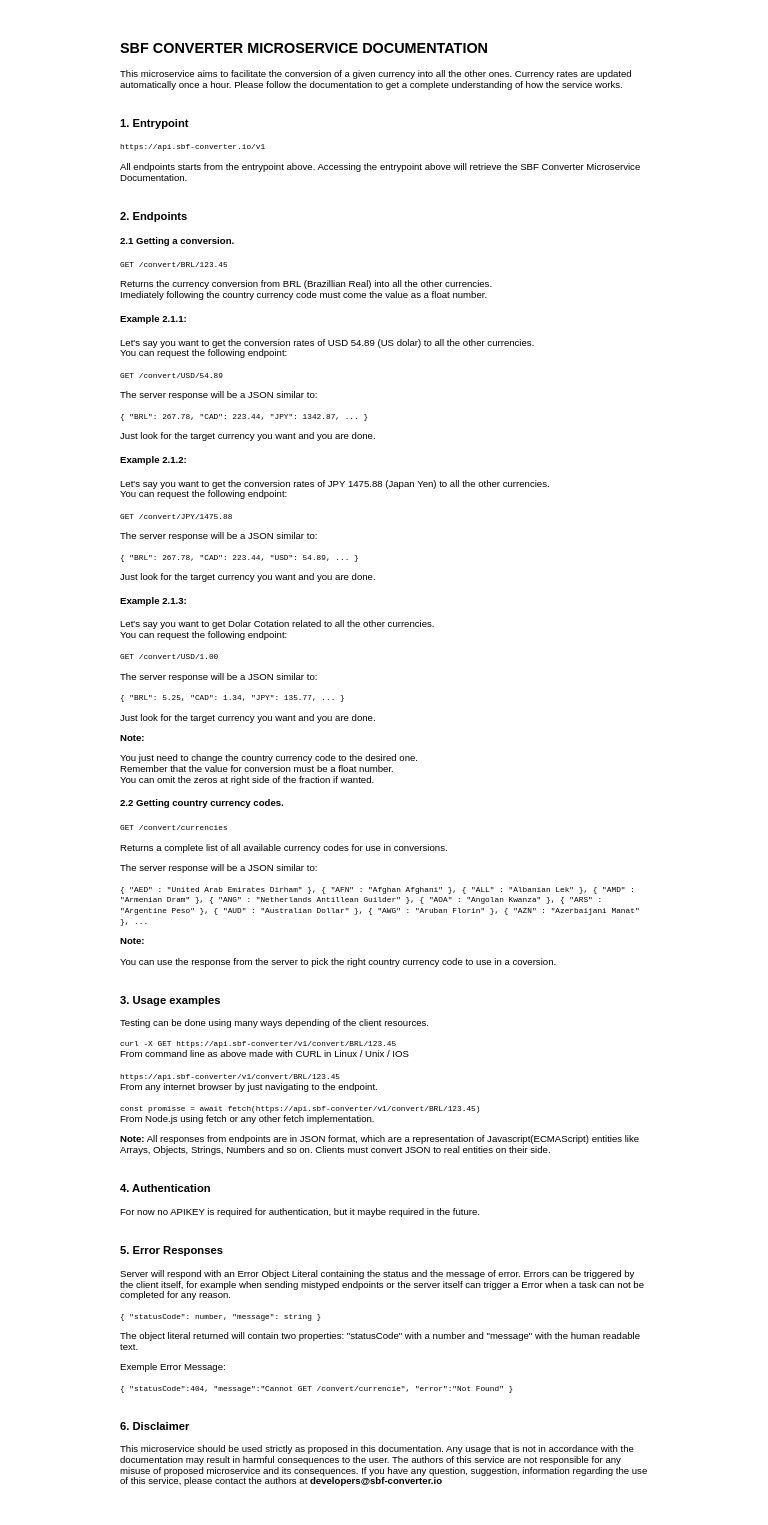
Repository: miguelamello/nestjs-restful-api
Page: documentation.html
An editor plug-in stored every save of this project. The page is shown before and after the next save, followed by the edit.
The browser window is 1280 px wide. The pictures show the whole page, at 60% of full size.

Above is the page before, as saved 2023-03-23 15:11:20.

### documentation.html
<!DOCTYPE html>
<html lang="en">
<head>
  <meta charset="UTF-8">
  <meta http-equiv="X-UA-Compatible" content="IE=edge">
  <meta name="viewport" content="width=device-width, initial-scale=1.0">
  <title>SBF Converter Microservice</title>
  <style>
    body {
      font-family: Arial, Helvetica, sans-serif;
      padding: 3% 15%;
    }

    h3 {
      margin-top: 5%;
    }
  </style>
</head>
<body>
  <h2>SBF CONVERTER MICROSERVICE DOCUMENTATION</h2>
  <p>
    This microservice aims to facilitate the conversion of a given currency
    into all the other ones. Currency rates are updated automatically once a hour.
    Please follow the documentation to get a complete understanding of how the service works.
  </p>

  <h3>1. Entrypoint</h3>
  <code>https://api.sbf-converter.io/v1</code>
  <p>
    All endpoints starts from the entrypoint above. Accessing the entrypoint
    above will retrieve the SBF Converter Microservice Documentation.
  </p>

  <h3>2. Endpoints</h3>
  <h4>2.1 Getting a conversion.</h4>
  <p>
    <code>GET /convert/BRL/123.45</code>
    <div>Returns the currency conversion from BRL (Brazillian Real) into all the other currencies.</div>
    <div>Imediately following the country currency code must come the value as a float number.</div>

    <p>
      <h4>Example 2.1.1:</h4>
      <div>Let's say you want to get the conversion rates of USD 54.89 (US dolar) to all the other currencies.</div>
      <div>You can request the following endpoint:</div><br>
      <code>GET /convert/USD/54.89</code>
    </p>

    <p>The server response will be a JSON similar to:</p>

    <code>{ "BRL": 267.78, "CAD": 223.44, "JPY": 1342.87, ... }</code>

    <p>Just look for the target currency you want and you are done.</p>

    <p>
      <h4>Example 2.1.2:</h4>
      <div>Let's say you want to get the conversion rates of JPY 1475.88 (Japan Yen) to all the other currencies.</div>
      <div>You can request the following endpoint:</div><br>
      <code>GET /convert/JPY/1475.88</code>
    </p>

    <p>The server response will be a JSON similar to:</p>

    <code>{ "BRL": 267.78, "CAD": 223.44, "USD": 54.89, ... }</code>

    <p>Just look for the target currency you want and you are done.</p>

    <p>
      <h4>Example 2.1.3:</h4>
      <div>Let's say you want to get Dolar Cotation related to all the other currencies.</div>
      <div>You can request the following endpoint:</div><br>
      <code>GET /convert/USD/1.00</code>
    </p>

    <p>The server response will be a JSON similar to:</p>

    <code>{ "BRL": 5.25, "CAD": 1.34, "JPY": 135.77, ... }</code>

    <p>Just look for the target currency you want and you are done.</p>

    <p>
      <b>Note:</b>
      <div>You just need to change the country currency code to the desired one.</div>
      <div>Remember that the value for conversion must be a float number.</div>
      <div>You can omit the zeros at right side of the fraction if wanted.</div>
    </p>
  </p>

  <h4>2.2 Getting country currency codes.</h4>
  <p>
    <code>GET /convert/currencies</code>
    <div>Returns a complete list of all available currency codes for use in conversions.</div>

    <p>The server response will be a JSON similar to:</p>
    <code>
      { "AED" : "United Arab Emirates Dirham" },
      { "AFN" : "Afghan Afghani" },
      { "ALL" : "Albanian Lek" },
      { "AMD" : "Armenian Dram" },
      { "ANG" : "Netherlands Antillean Guilder" },
      { "AOA" : "Angolan Kwanza" },
      { "ARS" : "Argentine Peso" },
      { "AUD" : "Australian Dollar" },
      { "AWG" : "Aruban Florin" },
      { "AZN" : "Azerbaijani Manat" },
      ...
    </code>

    <p>
      <b>Note:</b>
      <div>You can use the response from the server to pick the right
        country currency code to use in a coversion.</div>
    </p>
  </p>

  <h3>3. Usage examples</h3>

  <p>Testing can be done using many ways depending of the client resources.</p>

  <code>curl -X GET https://api.sbf-converter/v1/convert/BRL/123.45</code>
  <div>From command line as above made with CURL in Linux / Unix / IOS</div>
  <br>
  <code>https://api.sbf-converter/v1/convert/BRL/123.45</code>
  <div>From any internet browser by just navigating to the endpoint.</div>
  <br>
  <code>const promisse = await fetch(https://api.sbf-converter/v1/convert/BRL/123.45)</code>
  <div>From Node.js using fetch or any other fetch implementation.</div>

  <p>
    <b>Note:</b> All responses from endpoints are in JSON format, which are a
    representation of Javascript(ECMAScript) entities like Arrays, Objects,
    Strings, Numbers and so on. Clients must convert JSON to real entities
    on their side.
  </p>

  <h3>4. Authentication</h3>
  <p>For now no APIKEY is required for authentication, but it maybe required in the future.</p>

  <h3>5. Error Responses</h3>

  <p>
    Server will respond with an Error Object Literal containing
    the status and the message of error. Errors can be triggered
    by the client itself, for example when sending mistyped endpoints
    or the server itself can trigger a Error when a
    task can not be completed for any reason.
  </p>

  <p>
    <code>{ "statusCode": number, "message": string }</code><br>
    <div>
      The object literal returned will contain two properties:
      "statusCode" with a number and "message" with the human readable text.
    </div>
  </p>

  <p>Exemple Error Message:</p>
  <p>
    <code>
      { "statusCode":404, "message":"Cannot GET /convert/currencie", "error":"Not Found" }
    </code>
  </p>

  <h3>6. Disclaimer</h3>
  <p>
    This microservice should be used strictly as proposed in this documentation.
    Any usage that is not in accordance with the documentation may result in harmful
    consequences to the user. The authors of this service are not responsible for
    any misuse of proposed microservice and its consequences. If you have any question,
    suggestion, information regarding the use of this service, please contact
    the authors at <b>developers@sbf-converter.io</b>
  </p>

</body>
</html>

After the next save:
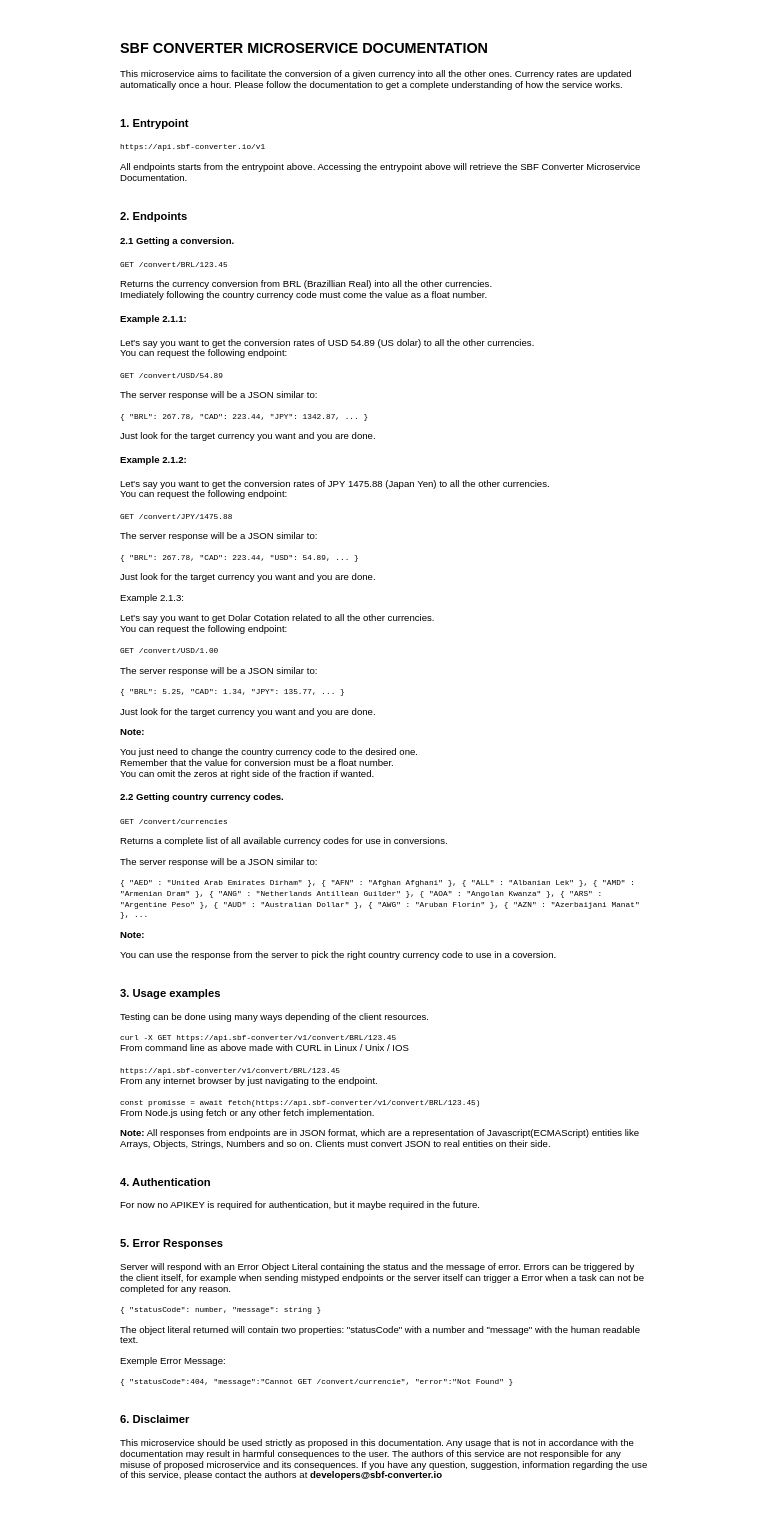
Saved 35 s later.
--- a/documentation.html
+++ b/documentation.html
@@ -65,7 +65,7 @@
     <p>Just look for the target currency you want and you are done.</p>
 
     <p>
-      <h4>Example 2.1.3:</h4>
+      <d>Example 2.1.3:</d>
       <div>Let's say you want to get Dolar Cotation related to all the other currencies.</div>
       <div>You can request the following endpoint:</div><br>
       <code>GET /convert/USD/1.00</code>
